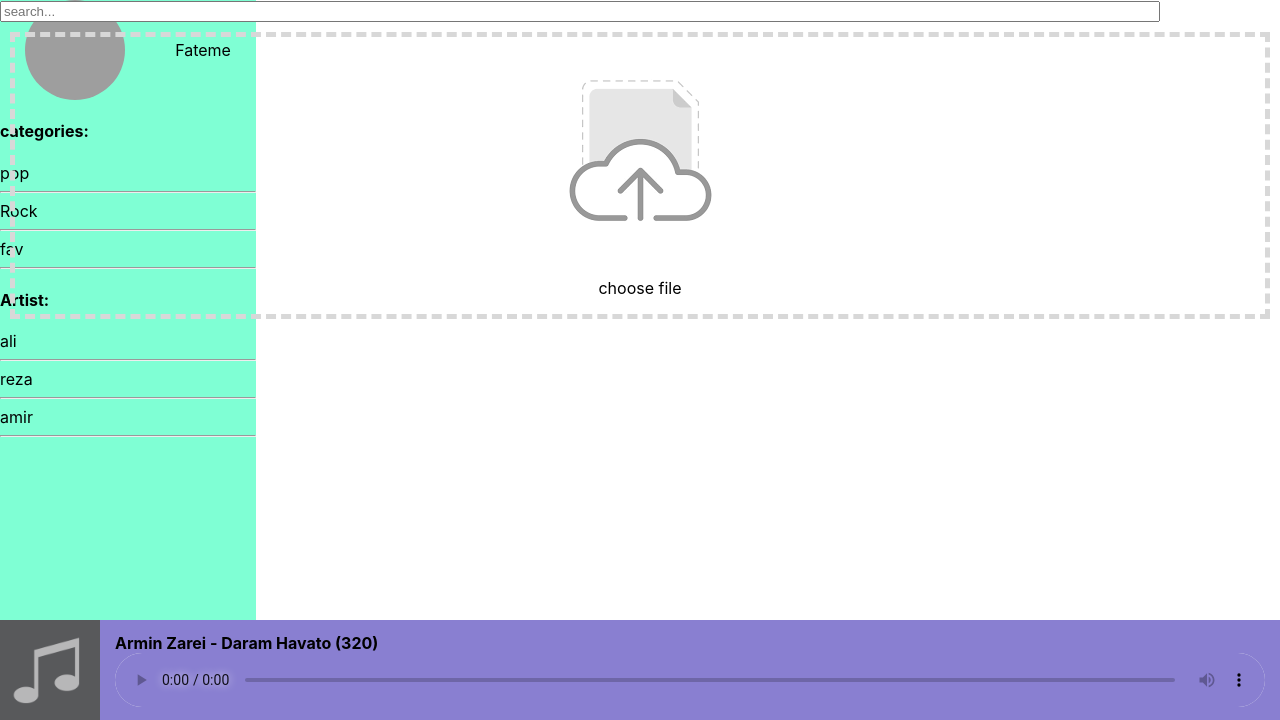
Repository: fateme81yosefi/musicPlayer
Page: /
These files come from the project's save history. The page is drawn as it stood at one moment and after a run of saves; the edit follows.
The browser window is 1280 px wide. The pictures show the whole page.
Pictures or frames that could not be fetched are drawn as grey boxes. The project was rebuilt for these pictures with package versions that can differ from the ones it lists, and the page was loaded fresh each time.

Above is the page before, as saved 2024-06-12 10:01:36.

After the next 3 saves:
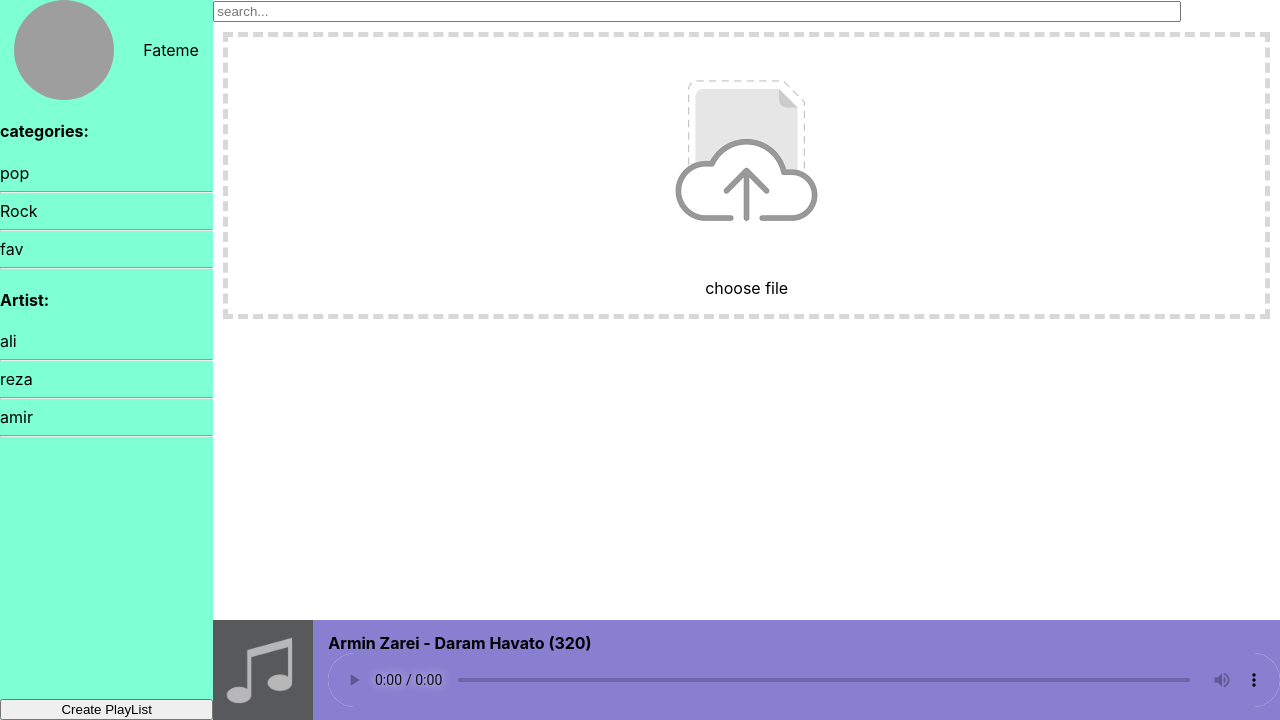
The 3 saves are shown as one change because they came seconds apart.
The last was saved 13 s later.
--- a/src/Components/MainPage/MainPage.css
+++ b/src/Components/MainPage/MainPage.css
@@ -9,7 +9,6 @@
     display: flex;
     flex-direction: column;
     justify-content: space-between;
-    position: fixed;
 
 }
 .imageProfile{
@@ -26,12 +25,10 @@
 .rightPage{
     width: 100%;
     height: 100vh;
-    position: fixed;
-
+    position: relative;
 }
 .rightPage input{
     width: 90%;
-
 }
 .currentlyPlay{
     display: flex;
